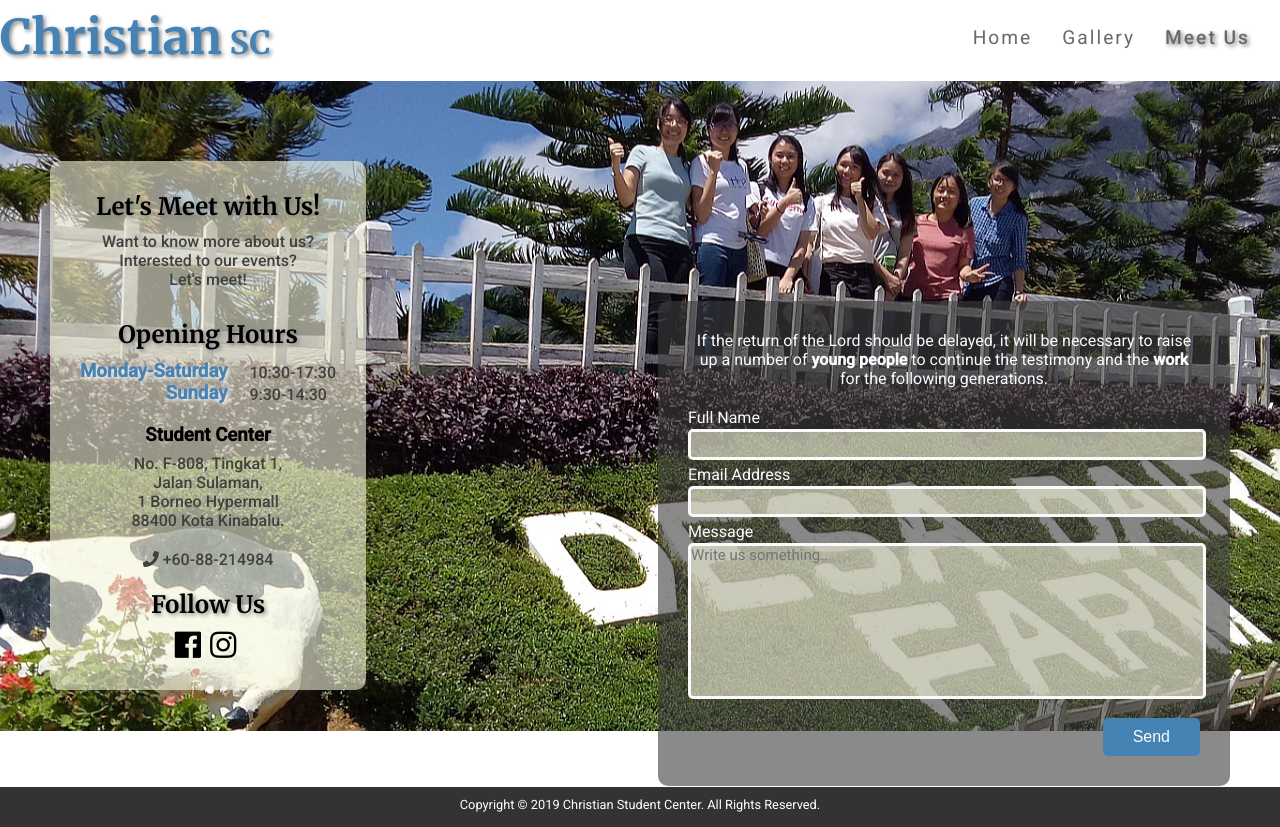
Repository: kongteckmee/christian-sc
Page: meet.html
The author's editor kept a record of every edit. The page is drawn from the files as they stood at one moment, then again after the next edit.
The browser window is 1280 px wide. The pictures show the whole page.
Some web libraries are served in a nearby version.

Above is the page before.

After the next edit:
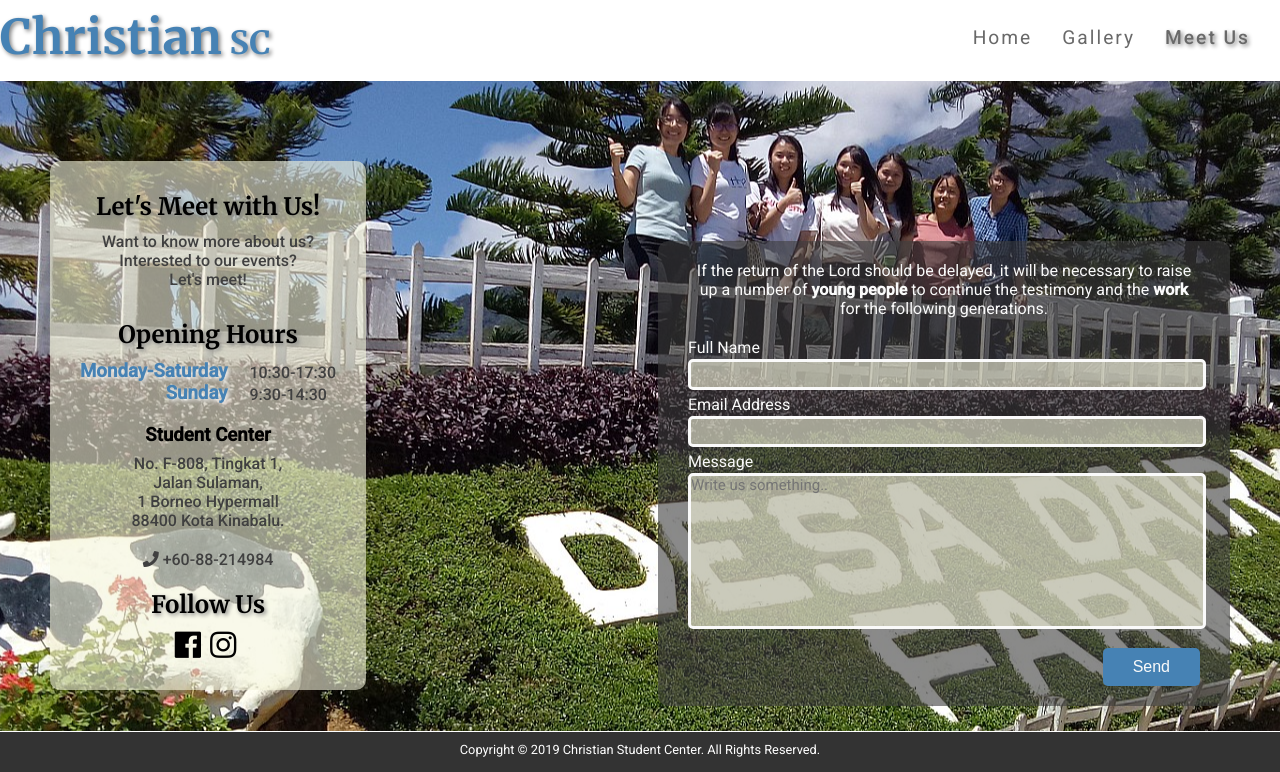
The edit:
--- a/assets/css/style.css
+++ b/assets/css/style.css
@@ -412,8 +412,8 @@
 
 #form {
     width: 40%;
-    margin: 220px 50px 0 0;
-    padding: 30px 30px 30px 30px;
+    margin: 160px 50px 0 0;
+    padding: 20px 30px 20px 30px;
     float: right;
     background-color: rgba(60,60,60,0.6);
     border-radius: 10px;
